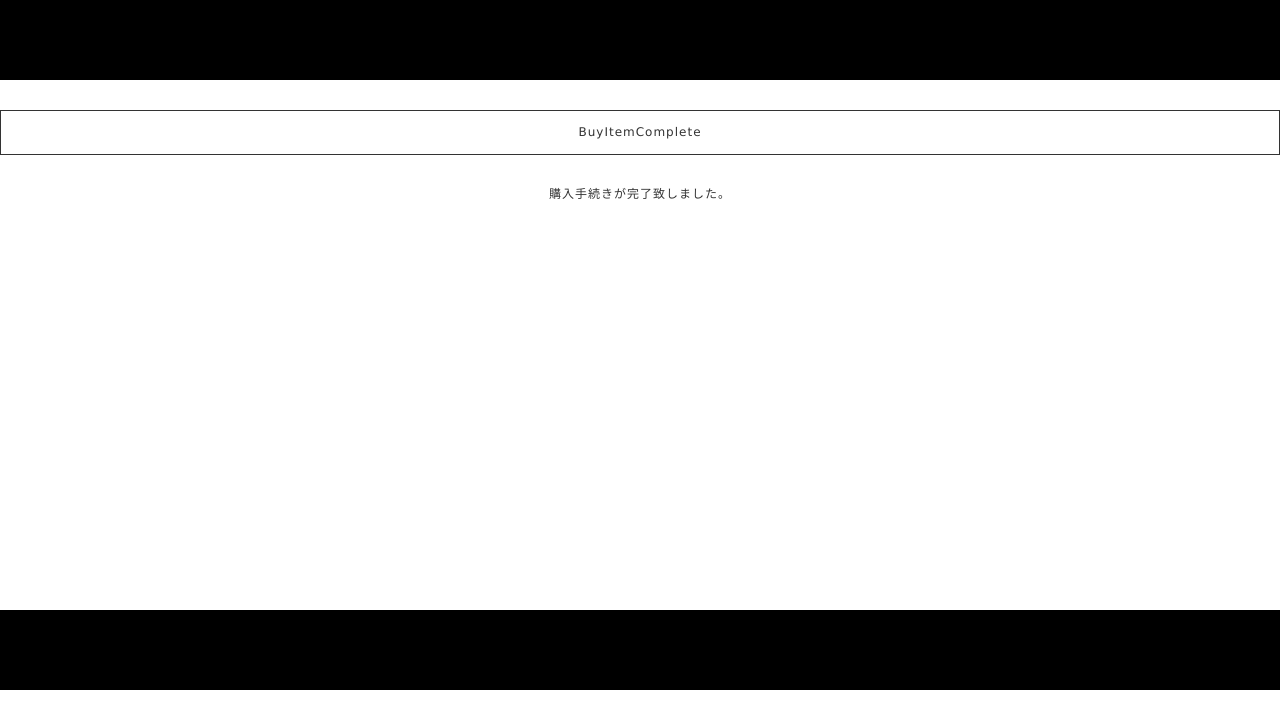
Repository: hirose0320/test
Page: http://localhost/ecsite/buyItemComplete.jsp
These files come from the project's save history. The page is drawn as it stood at one moment and after the next save; the edit follows.
The browser window is 1280 px wide. The pictures show the whole page.
The page is served by Tomcat 9. Other server files are loaded and not shown.

Above is the page before, as saved 2019-02-28 02:49:14.

### ecsite/WebContent/buyItemComplete.jsp
<%@ page language="java" contentType="text/html; charset=UTF-8"
	pageEncoding="UTF-8"%>
<%@ taglib prefix="s" uri="/struts-tags"%>
<!DOCTYPE html>
<html>
<head>
<meta http-equiv="Content-Type" content="text/html; charset=UTF-8" />
<meta http-equiv="Content-Style-Type" content="text/css" />
<meta http-equiv="Content-Script-Type" content="text/javascript" />
<meta http-equiv="imagetoolbar" content="no" />
<meta name="description" content="" />
<meta name="keywords" content="" />
<title>Home画面</title>

<style type="text/css">
body {
	margin: 0;
	padding: 0;
	line-height: 1.6;
	letter-spacing: 1px;
	font-family: Verdana, Helvetica, sans-serif;
	font-size: 12px;
	color: #333;
	background: #fff;
}

table {
	text-align: center;
	margin: 0 auto;
}

#top {
	width: 780ox;
	margin: 30px auto;
	border: 1px solid #333;
}

#header {
	width: 100%;
	height: 80px;
	background-color: black;
}

#main {
	width: 100%;
	height: 500px;
	text-align: center;
}

#footer {
	width: 100%;
	height: 80px;
	background-color: black;
	clear: both;
}
</style>
</head>
<body>
	<div id="header">
		<div id="pr"></div>
	</div>
	<div id="main">
		<div id="top">
			<p>BuyItemComplete</p>
		</div>
		<div>
			<p>購入手続きが完了致しました。</p>
			<div>
				<a href='<s:url action="MyPageAction"/>'></a>
			</div>
		</div>
	</div>
	<div id="footer">
		<div id="pr"></div>
	</div>
</body>
</html>

After the next save:
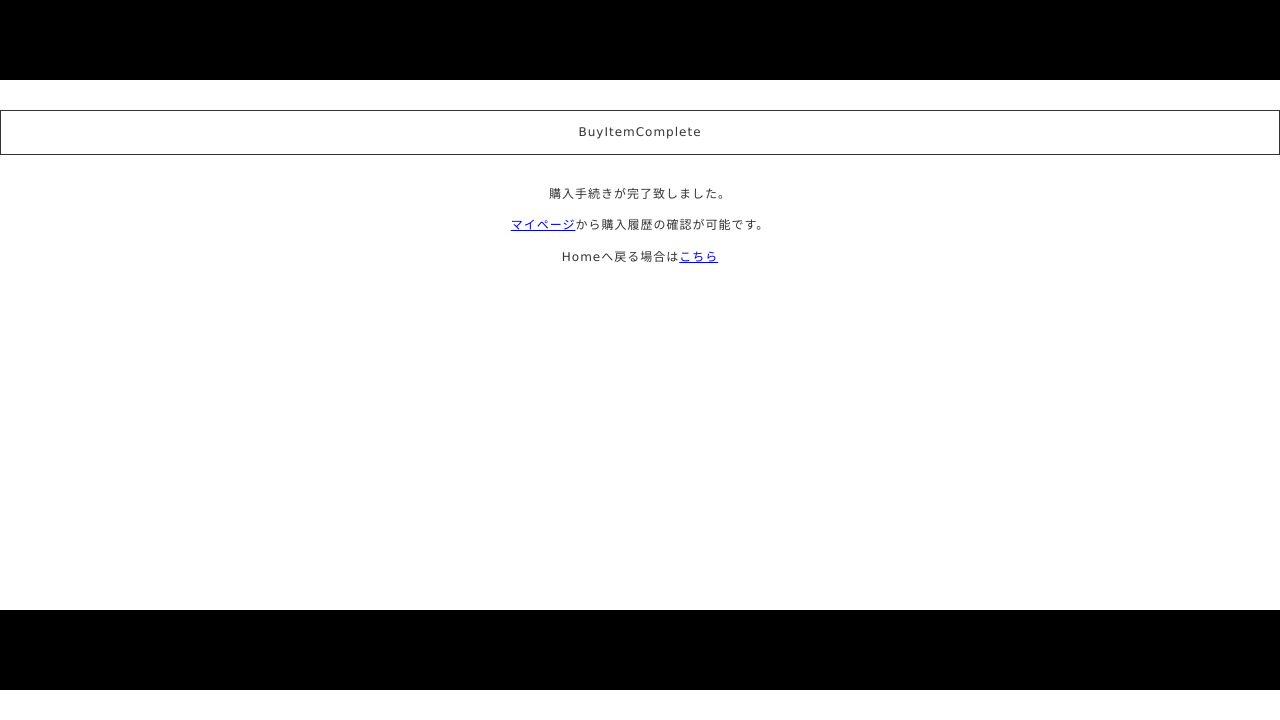
Saved 105 s later.
--- a/ecsite/WebContent/buyItemComplete.jsp
+++ b/ecsite/WebContent/buyItemComplete.jsp
@@ -66,7 +66,10 @@
 		<div>
 			<p>購入手続きが完了致しました。</p>
 			<div>
-				<a href='<s:url action="MyPageAction"/>'></a>
+				<a href='<s:url action="MyPageAction"/>'>マイページ</a><span>から購入履歴の確認が可能です。</span>
+				<p>
+					Homeへ戻る場合は<a href='<s:url action="GoHomeAction"/>'>こちら</a>
+				</p>
 			</div>
 		</div>
 	</div>
